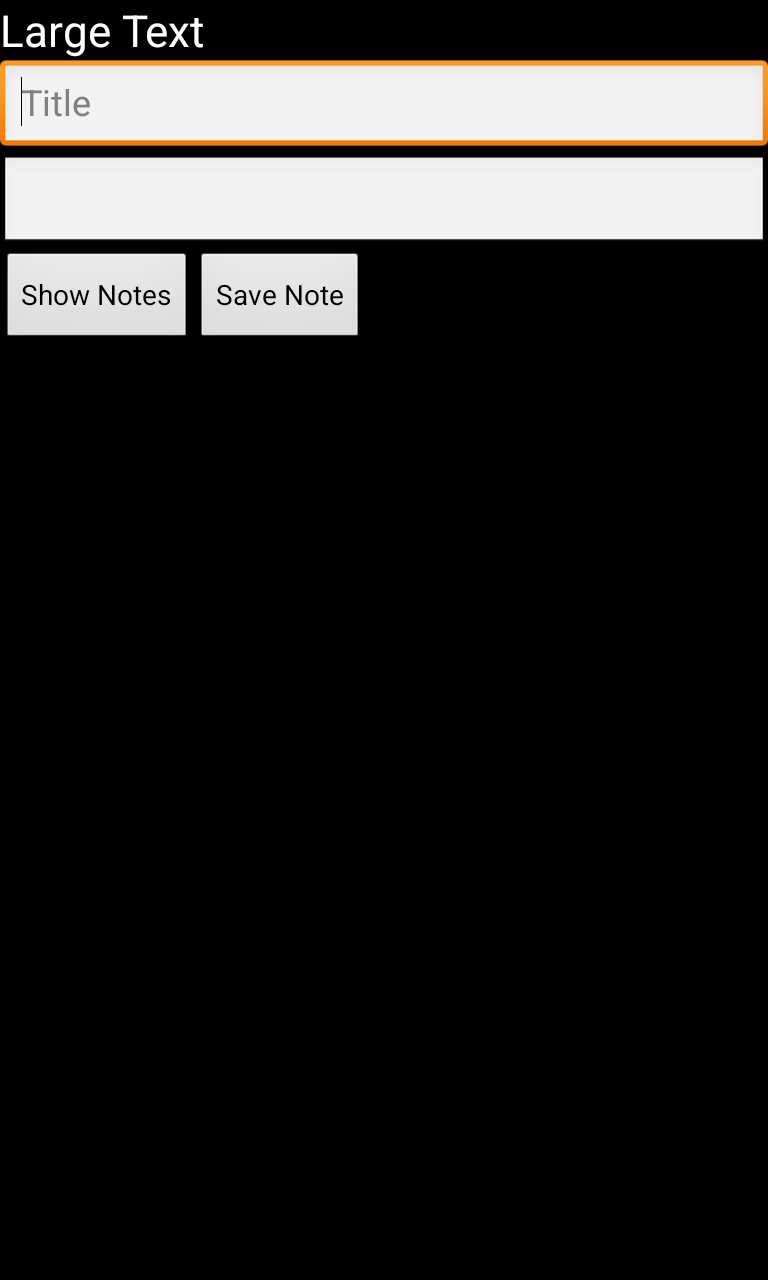
Repository: smartapps08/addteqtutorials
Layout: Database Demo/res/layout/main.xml
These files come from the project's save history. The layout is drawn as it stood at one moment and after the next save; the edit follows.
It is drawn on a 768 x 1280 px phone screen (xhdpi) without system bars, with theme android:Theme; the app's code is not run.

Above is the layout before, as saved 2012-06-12 15:23:55.

After the next save:
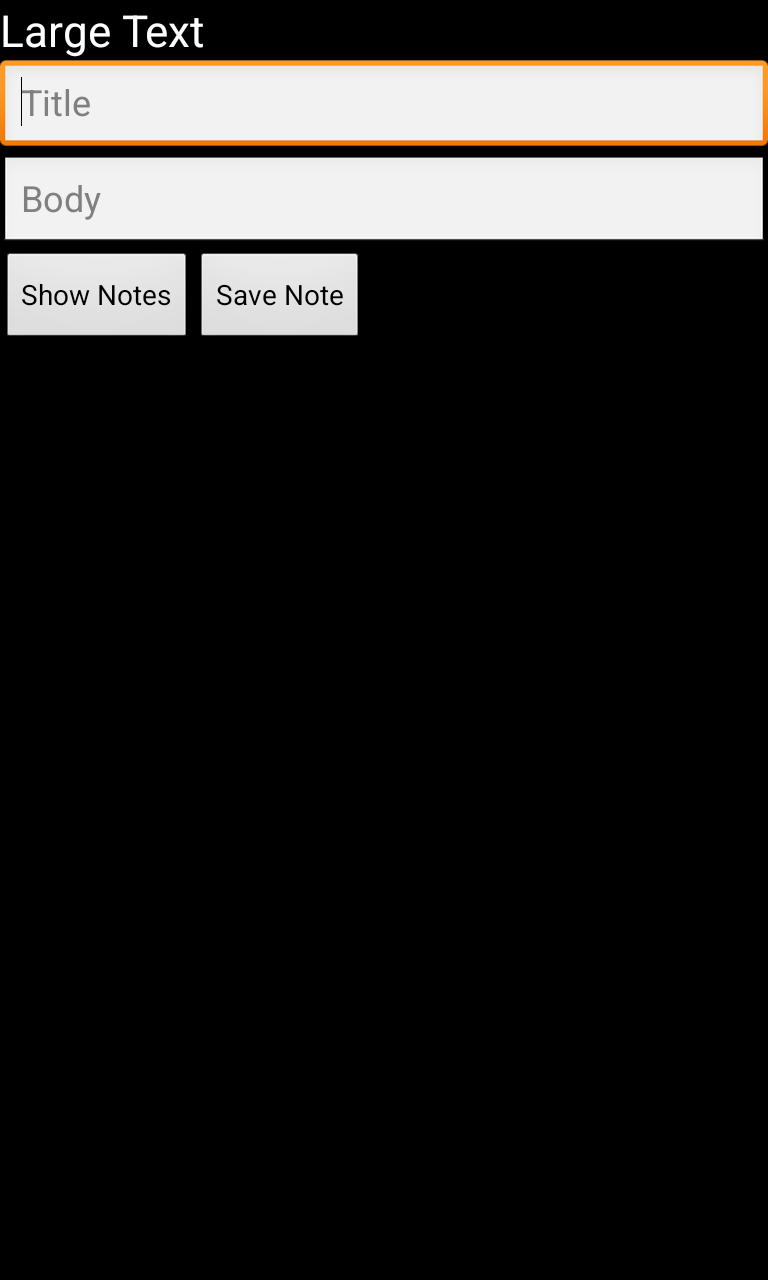
Saved 22 s later.
--- a/Database Demo/res/layout/main.xml
+++ b/Database Demo/res/layout/main.xml
@@ -22,10 +22,11 @@
     </EditText>
 
     <EditText
-        android:id="@+id/editText2"
+        android:id="@+id/etBody"
         android:layout_width="match_parent"
         android:layout_height="wrap_content"
         android:ems="10"
+        android:hint="Body"
         android:inputType="textPostalAddress" />
 
     <LinearLayout
